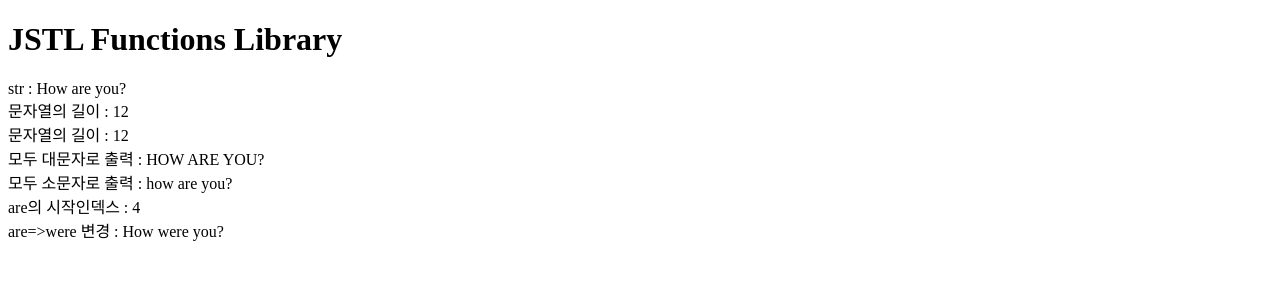
Repository: Young-27/DailyStudy
Page: http://localhost/actionProject/views/3_customAction/03_fn.jsp
These files come from the project's save history. The page is drawn as it stood at one moment and after the next save; the edit follows.
The browser window is 1280 px wide. The pictures show the whole page.
The page is served by Tomcat 9. Other server files are loaded and not shown.

Above is the page before, as saved 2021-06-18 08:06:04.

### Server/web-workspace2/actionProject/WebContent/views/3_customAction/03_fn.jsp
<%@ page language="java" contentType="text/html; charset=UTF-8"
    pageEncoding="UTF-8"%>
<%@ taglib prefix="fn" uri="http://java.sun.com/jsp/jstl/functions" %>
<%@ taglib prefix="c" uri="http://java.sun.com/jsp/jstl/core"%>
<!DOCTYPE html>
<html>
<head>
<meta charset="UTF-8">
<title>Insert title here</title>
</head>
<body>
	<h1>JSTL Functions Library</h1>

	<c:set var="str" value="How are you?"/>

	str : ${ str } <br>

	문자열의 길이  : ${ fn:length(str) } <br> <!-- arrayList도 제시 가능함 => 리스트의 사이즈 -->
	문자열의 길이 : ${ str.length() } <br>

	모두 대문자로 출력 : ${ fn:toUpperCase(str) } <br>
	모두 소문자로 출력 : ${ fn:toLowerCase(str) } <br>

	are의 시작인덱스 : ${ fn:indexOf(str, "are") } <br>

	are=>were 변경 : ${ fn:replace(str, 'are', 'were') } <br>

</body>
</html>

After the next save:
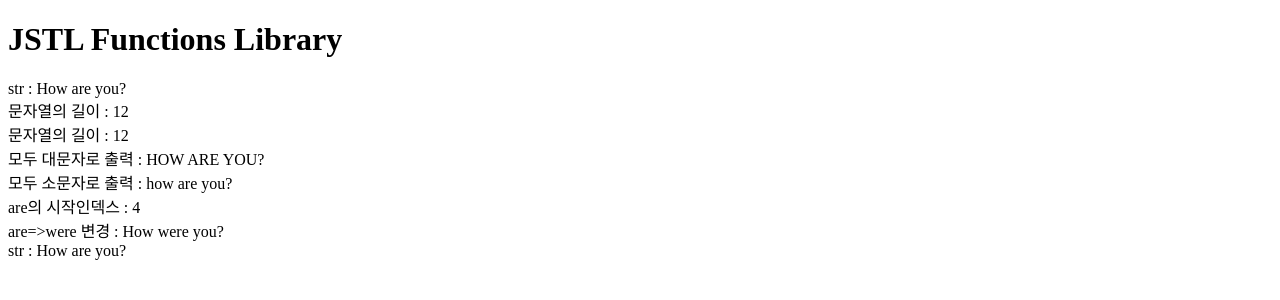
Saved 82 s later.
--- a/Server/web-workspace2/actionProject/WebContent/views/3_customAction/03_fn.jsp
+++ b/Server/web-workspace2/actionProject/WebContent/views/3_customAction/03_fn.jsp
@@ -24,6 +24,7 @@
 	are의 시작인덱스 : ${ fn:indexOf(str, "are") } <br>
 
 	are=>were 변경 : ${ fn:replace(str, 'are', 'were') } <br>
+	str : ${ str } <br>
 
 </body>
 </html>
